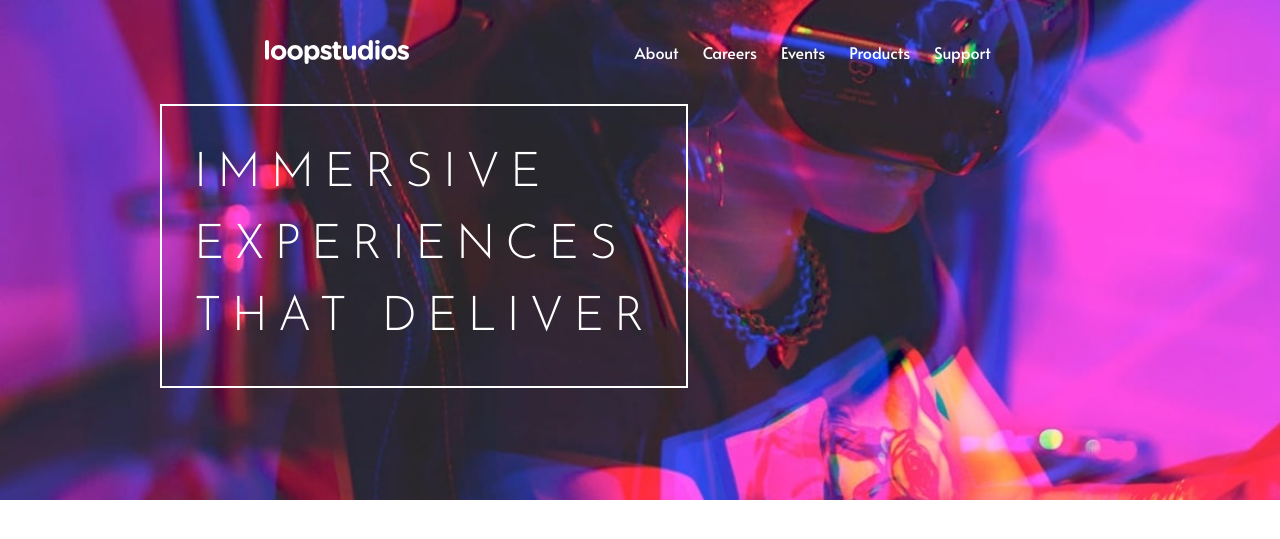
Repository: gligor99/loopstudios-fm
Page: /
The author's editor kept a copy of each file at every save. The page is drawn from the files as they stood at one save, then again after the next save.
The browser window is 1280 px wide. The pictures show the whole page.
The project was rebuilt for these pictures with package versions that can differ from the ones it lists, and the page was loaded fresh each time.

Above is the page before, as saved 2021-11-28 15:20:50.

### src/index.css
@import url('https://fonts.googleapis.com/css2?family=Alata&family=Josefin+Sans:wght@300&display=swap');

:root {
  --clr-white: hsl(0, 0%, 100%);
  --clr-black: hsl(0, 0%, 0%);
  --clr-dark-gray: hsl(0, 0%, 55%);
  --clr-very-dark-gray: hsl(0, 0%, 41%)
}

*,
::after,
::before {
  margin: 0;
  padding: 0;
  box-sizing: border-box;
}

body {
  font-family: "Alata", sans-serif;
  background: var(--clr-light-grayish-cyan);
  color: var(--clr-grey-1);
  line-height: 1.5;
  font-size: 1rem;
}

### src/App.jsx
import Hero from "./components/Hero/Hero";


function App() {
  return (
    <div className="App">
      <Hero />
    </div>
  );
}

export default App;

### src/components/Hero/Hero.jsx
import React from "react";
import Navbar from "../Navbar/Navbar";
import "./hero.css";

const Hero = () => {
  return (
    <div className="container">
      <Navbar />
      <div className="container-content">
        <h1 className="title">
          Immersive <br /> experiences <br />
          that deliver
        </h1>
      </div>
    </div>
  );
};

export default Hero;

### src/components/Navbar/Navbar.jsx
import logo from "../../assets/logo.svg";
import "./navbar.css";

const Navbar = () => {
  return (
    <div className="wrapper">
      <img src={logo} alt="logo.svg" />
      <ul>
        <li>
          <a href="/about">About</a>
        </li>
        <li>
          <a href="/careers">Careers</a>
        </li>
        <li>
          <a href="/events">Events</a>
        </li>
        <li>
          <a href="/products">Products</a>
        </li>
        <li>
          <a href="/support">Support</a>
        </li>
      </ul>
    </div>
  );
};

export default Navbar;

### src/components/Hero/hero.css
.container {
    background: url('../../assets/desktop/image-hero.jpg');
    background-repeat: no-repeat;
    background-attachment: fixed;
    background-size: cover;
    height: 500px;
}
.container-content {
    display: flex;
    justify-content: flex-start;
    margin-left: 10rem;
}

.title {
    border: 2px solid var(--clr-white);
    padding: 2rem;
    text-transform: uppercase;
    font-family: 'Josefin Sans' , sans-serif;
    font-size: 3rem;
    font-weight: 100;
    letter-spacing: 10px;
    color: white;
}

### src/components/Navbar/navbar.css
.wrapper {
  display: flex;
  flex-direction: row;
  justify-content: space-evenly;
  align-items: center;
  margin: auto;
  padding: 2.5rem;
  background-color: transparent;
}
img {
  height: 1.5rem;
}
ul {
  display: flex;
  flex-wrap: nowrap;
  justify-content: space-evenly;
}
li {
  list-style-type: none;
  padding-right: 1.5rem;
}
a {
  position: relative;
  display: inline-block;
  text-decoration: none;
  color: var(--clr-white);
}
a:after {
  content: "";
  position: absolute;
  left: 0;
  top: 100%;
  width: 0;
  height: 1.8px;
  background-color: var(--clr-white);
  transition: width 0.2s ease-in-out;
}
a:hover:after {
  width: 100%;
}

Loaded but not shown: public/index.html (common file); src/index.jsx (common file)

After the next save:
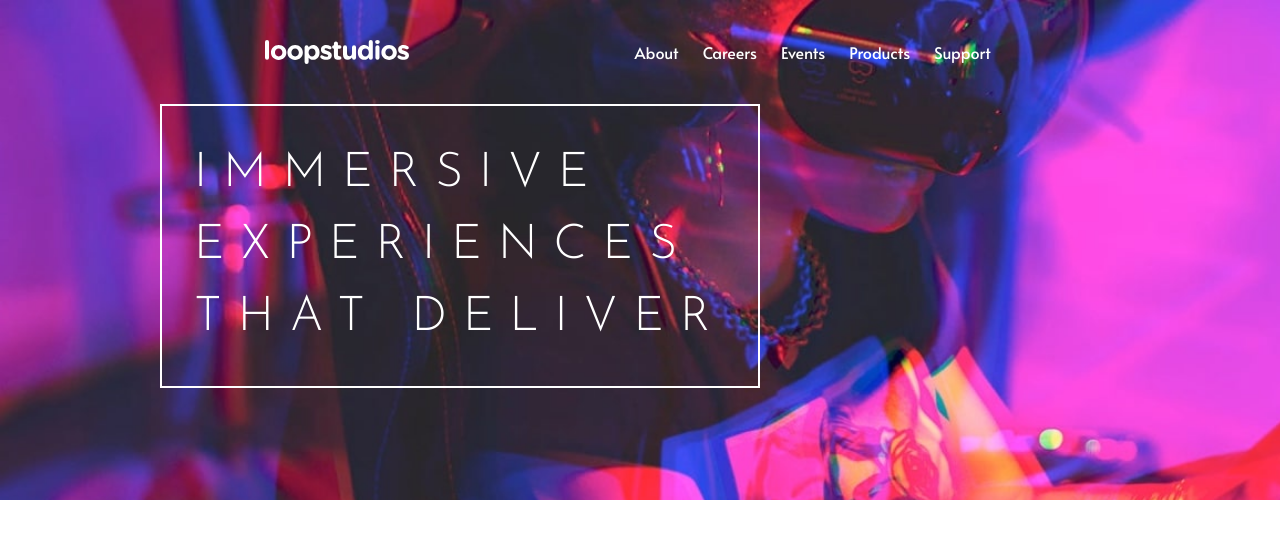
Saved 9 s later.
--- a/src/components/Hero/hero.css
+++ b/src/components/Hero/hero.css
@@ -18,6 +18,6 @@
     font-family: 'Josefin Sans' , sans-serif;
     font-size: 3rem;
     font-weight: 100;
-    letter-spacing: 10px;
+    letter-spacing: 1rem;
     color: white;
 }
